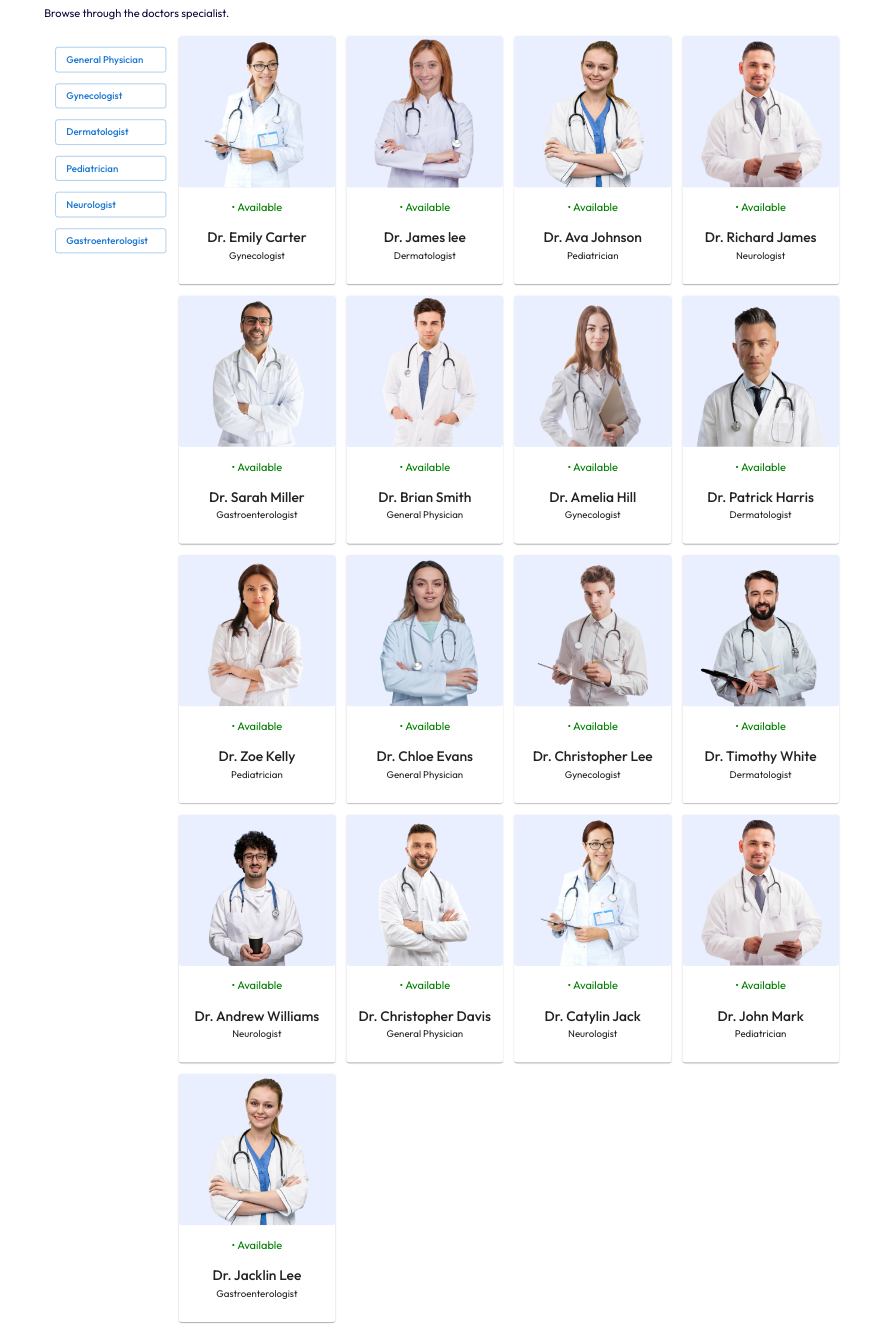
Repository: Ali-Dmerdash/DEPI_GRAD
Page: /
These files come from the project's save history. The page is drawn as it stood at one moment and after the next save; the edit follows.
The browser window is 1280 px wide. The pictures show the whole page, at 69% of full size.
The project was rebuilt for these pictures with package versions that can differ from the ones it lists, and the page was loaded fresh each time. Also part of the build but not shown: vite.config.ts.

Above is the page before, as saved 2024-10-05 22:47:10.

After the next save:
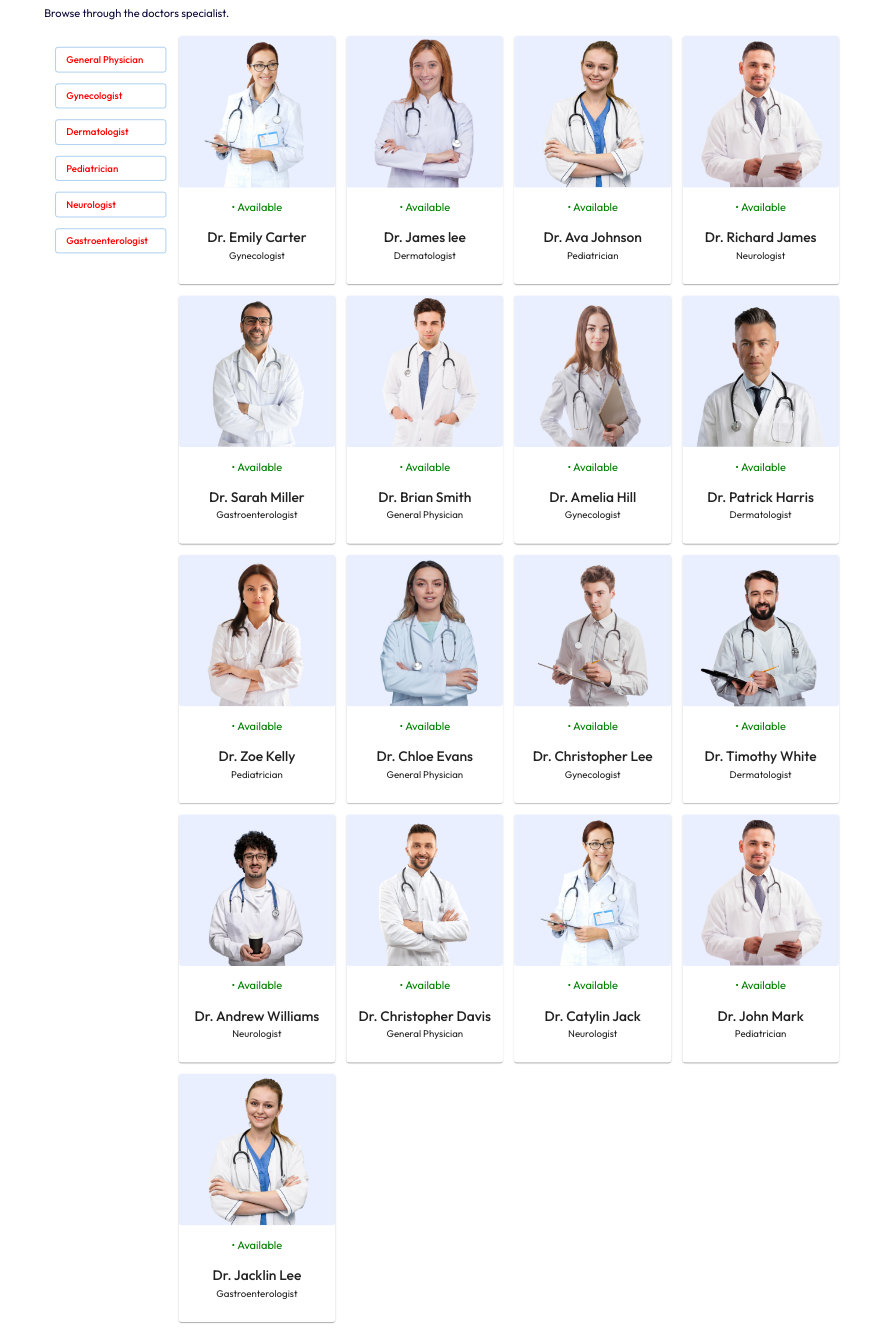
Saved 11 s later.
--- a/src/pages/doctors/index.tsx
+++ b/src/pages/doctors/index.tsx
@@ -175,7 +175,6 @@ const Doctors: React.FC = () => {
         <Grid item xs={12} md={2}>
           <Box
             sx={{
-              color: "red",
               padding: 2,
               marginBottom: 2,
               width: "90%",
@@ -192,6 +191,8 @@ const Doctors: React.FC = () => {
                 }
                 fullWidth
                 sx={{
+                  color: "red",
+
                   marginBottom: 2,
                   justifyContent: "flex-start",
                   textTransform: "none",
